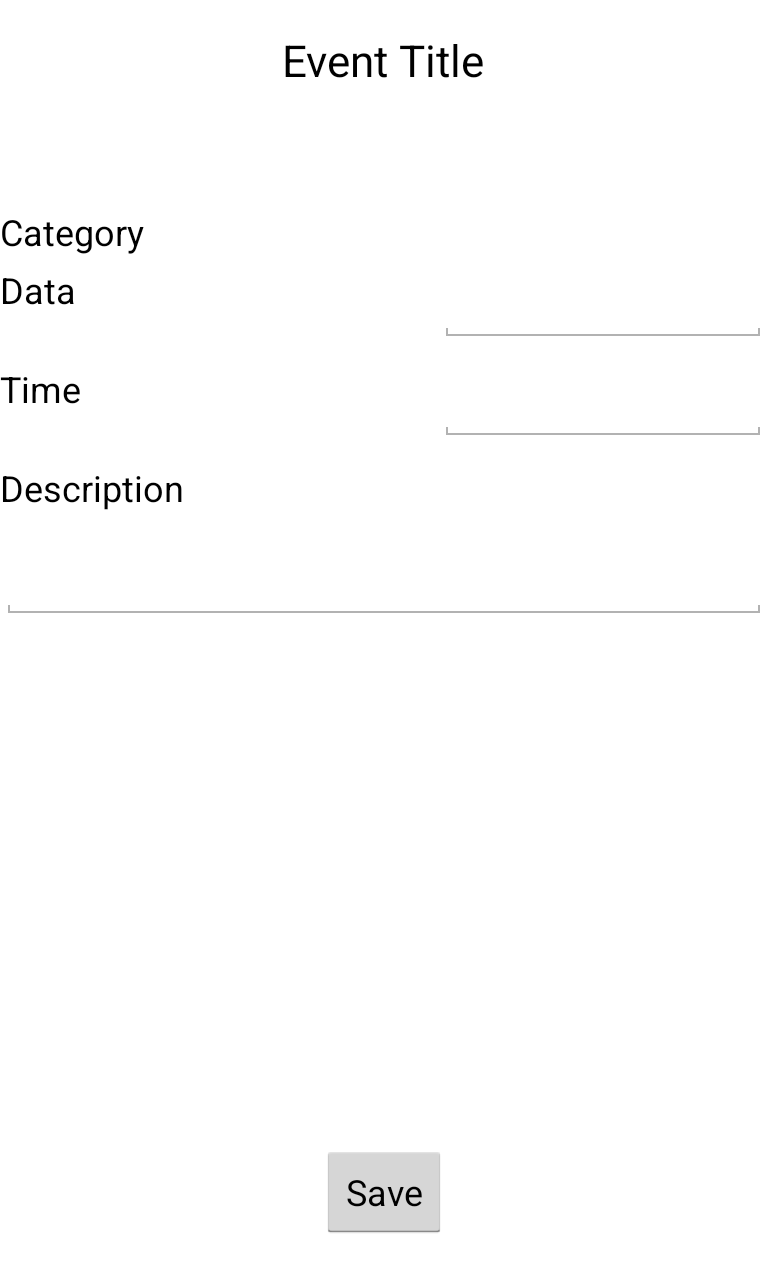
Repository: ctc8631/Android-dev
Layout: WorkDone/res/layout/activity_save.xml
These files come from the project's save history. The layout is drawn as it stood at one moment and after the next save; the edit follows.
It is drawn on a 768 x 1280 px phone screen (xhdpi) without system bars, with theme AppTheme; the app's code is not run.

Above is the layout before, as saved 2013-09-10 14:30:05.

After the next save:
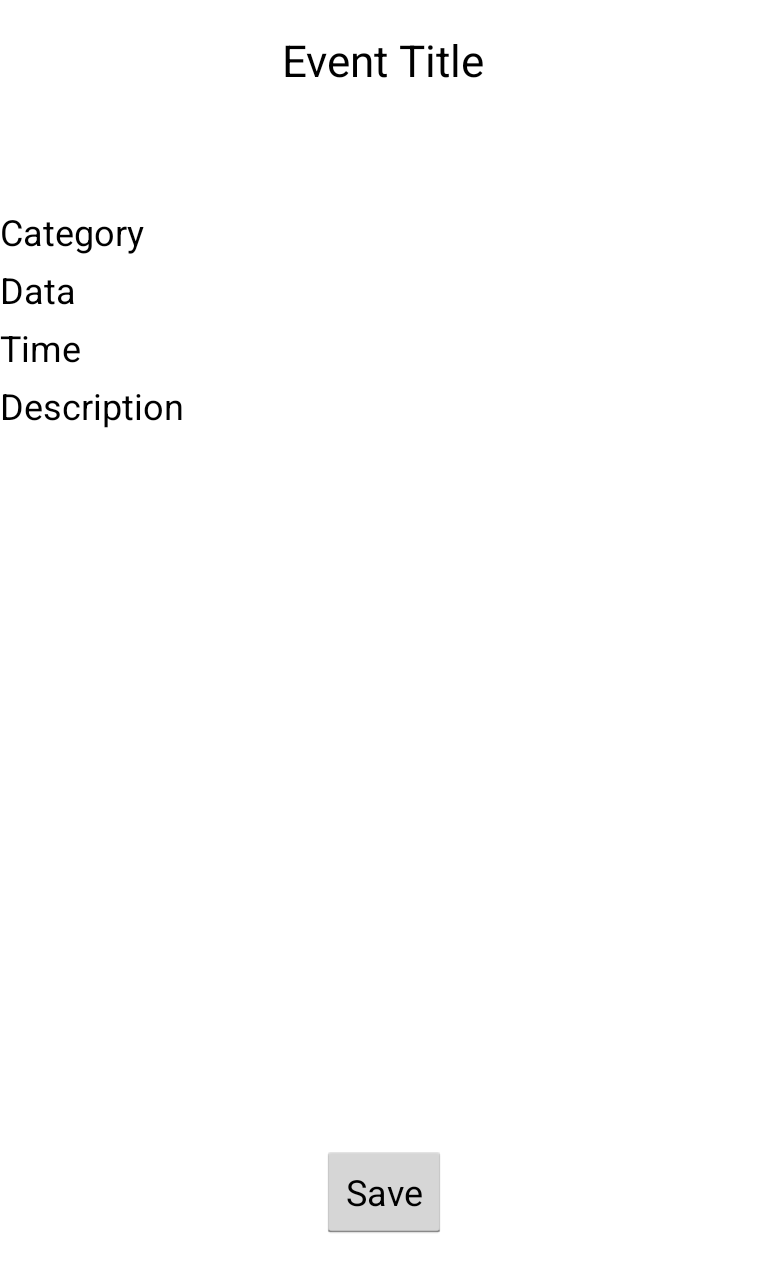
Saved 39 s later.
--- a/WorkDone/res/layout/activity_save.xml
+++ b/WorkDone/res/layout/activity_save.xml
@@ -58,7 +58,7 @@
         android:text="@string/event_date"
         android:textAppearance="?android:attr/textAppearanceMedium" />
 
-    <EditText
+    <TextView
         android:id="@+id/date"
         android:layout_width="wrap_content"
         android:layout_height="wrap_content"
@@ -66,7 +66,7 @@
         android:layout_below="@+id/cat"
         android:layout_marginTop="10dp"
         android:ems="10"
-        android:inputType="date" />
+        android:text="" />
 
     <TextView
         android:id="@+id/textView4"
@@ -78,7 +78,7 @@
         android:text="@string/event_time"
         android:textAppearance="?android:attr/textAppearanceMedium" />
 
-    <EditText
+    <TextView
         android:id="@+id/time"
         android:layout_width="wrap_content"
         android:layout_height="wrap_content"
@@ -98,7 +98,7 @@
         android:text="@string/event_descrip"
         android:textAppearance="?android:attr/textAppearanceMedium" />
 
-    <EditText
+    <TextView
         android:id="@+id/descrip"
         android:layout_width="match_parent"
         android:layout_height="wrap_content"
